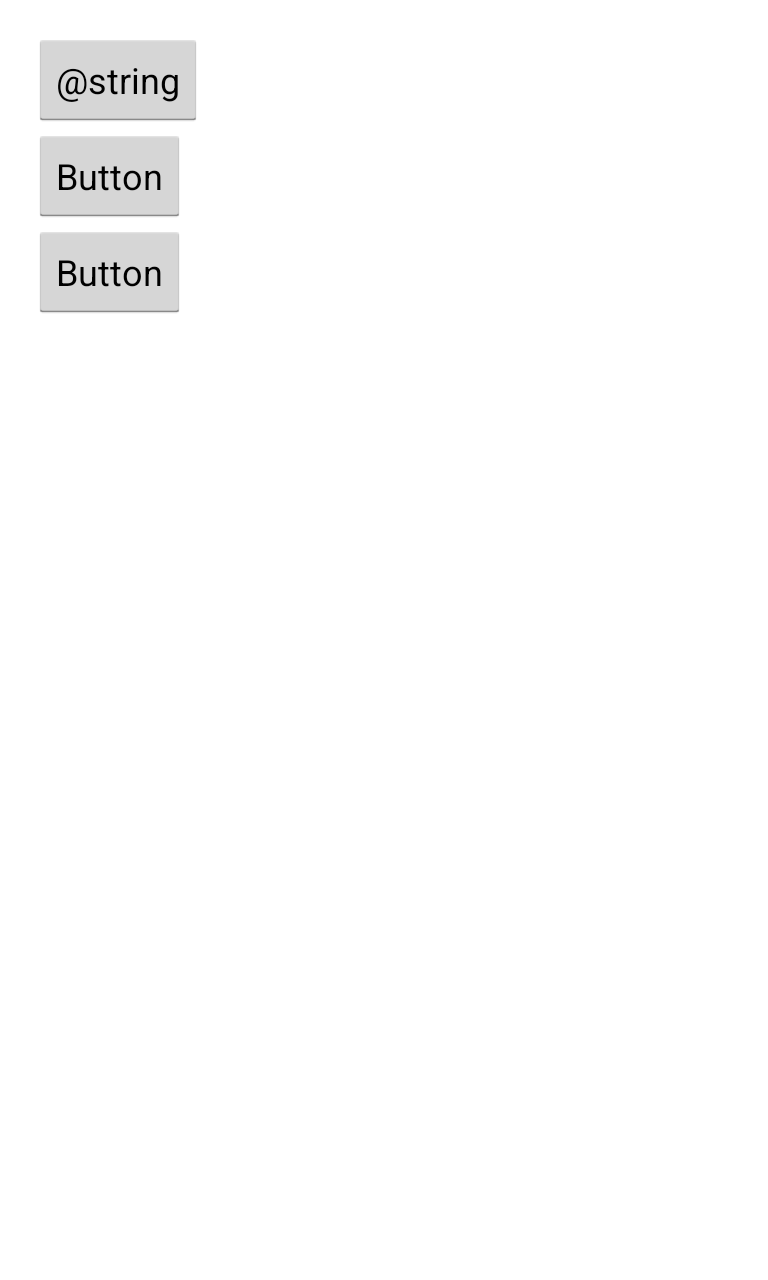
Repository: adrish00/android_learning
Layout: Demo001LinearLayoutExample/res/layout/activity_demo001_main.xml
The author's editor kept a copy of each file at every save. The layout is drawn from the files as they stood at one save, then again after the next save.
It is drawn on a 768 x 1280 px phone screen (xhdpi) without system bars, with theme AppTheme; the app's code is not run.

Above is the layout before, as saved 2015-09-04 23:05:20.

### Demo001LinearLayoutExample/res/layout/activity_demo001_main.xml
<LinearLayout xmlns:android="http://schemas.android.com/apk/res/android"
    xmlns:tools="http://schemas.android.com/tools"
    android:id="@+id/LinearLayout2"
    android:layout_width="match_parent"
    android:layout_height="match_parent"
    android:orientation="vertical"
    android:paddingBottom="@dimen/activity_vertical_margin"
    android:paddingLeft="@dimen/activity_horizontal_margin"
    android:paddingRight="@dimen/activity_horizontal_margin"
    android:paddingTop="@dimen/activity_vertical_margin"
    tools:context="com.learning.anroid.demo001.Demo001MainActivity" >

    <Button
        android:id="@+id/button1"
        android:layout_width="wrap_content"
        android:layout_height="wrap_content"
        android:text="@string" />

    <Button
        android:id="@+id/button2"
        android:layout_width="wrap_content"
        android:layout_height="wrap_content"
        android:text="Button" />

    <Button
        android:id="@+id/button3"
        android:layout_width="wrap_content"
        android:layout_height="wrap_content"
        android:text="Button" />

</LinearLayout>

Loaded but not shown: Demo001LinearLayoutExample/res/values/styles.xml (common file); Demo001LinearLayoutExample/res/values-v11/styles.xml (common file); Demo001LinearLayoutExample/res/values-v14/styles.xml (common file); Demo001LinearLayoutExample/res/values/dimens.xml (common file); Demo001LinearLayoutExample/res/values-w820dp/dimens.xml (common file)

After the next save:
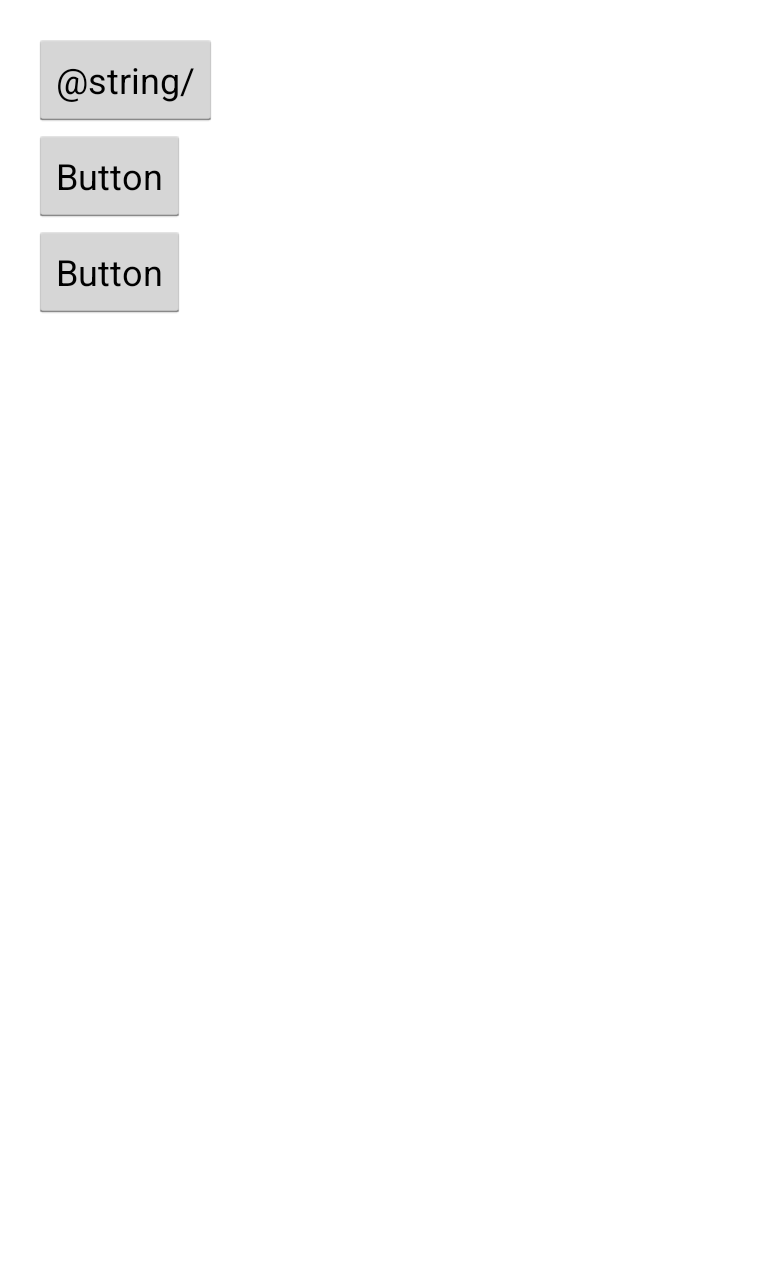
Saved 11 s later.
--- a/Demo001LinearLayoutExample/res/layout/activity_demo001_main.xml
+++ b/Demo001LinearLayoutExample/res/layout/activity_demo001_main.xml
@@ -14,7 +14,7 @@
         android:id="@+id/button1"
         android:layout_width="wrap_content"
         android:layout_height="wrap_content"
-        android:text="@string" />
+        android:text="@string/" />
 
     <Button
         android:id="@+id/button2"
